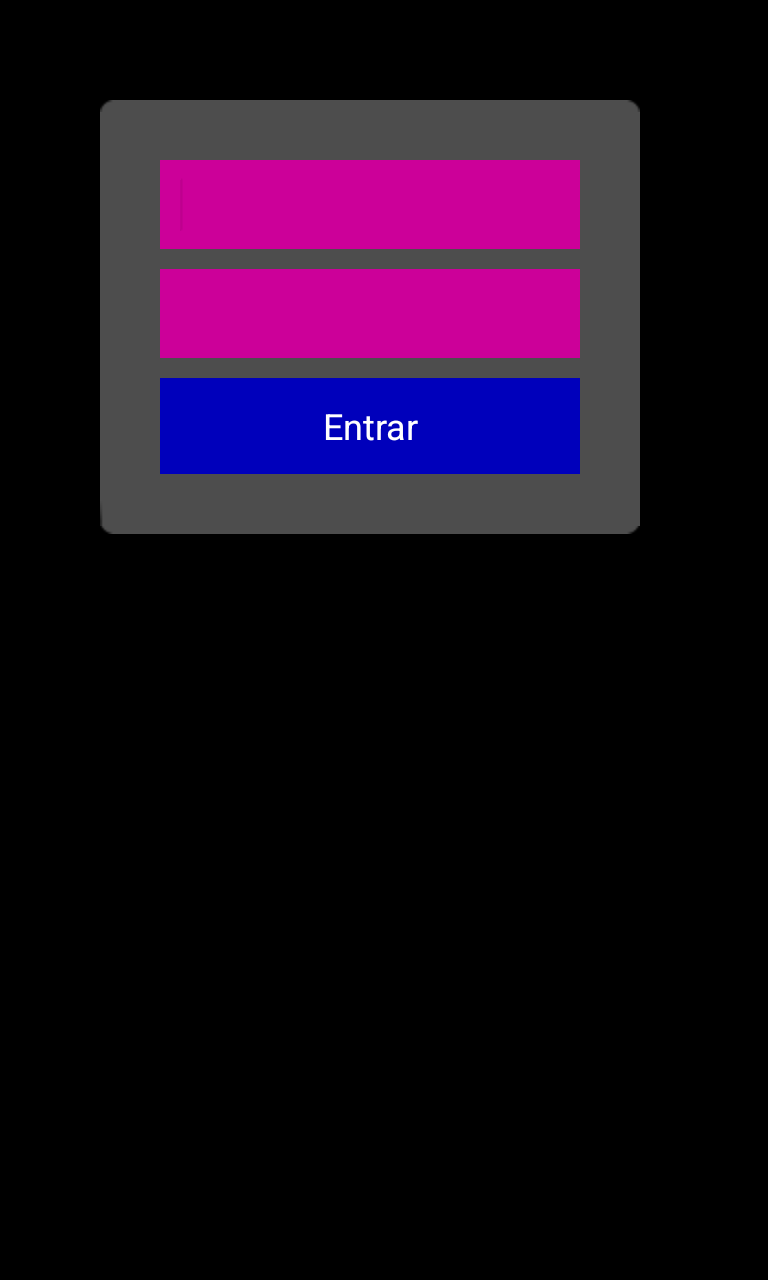
Repository: christianchi/di
Layout: 09 Drawable/UsoDrawNinePatch/res/layout/activity_main.xml
These files come from the project's save history. The layout is drawn as it stood at one moment and after the next save; the edit follows.
It is drawn on a 768 x 1280 px phone screen (xhdpi) without system bars, with theme AppTheme; the app's code is not run.

Above is the layout before, as saved 2014-01-16 08:54:49.

After the next save:
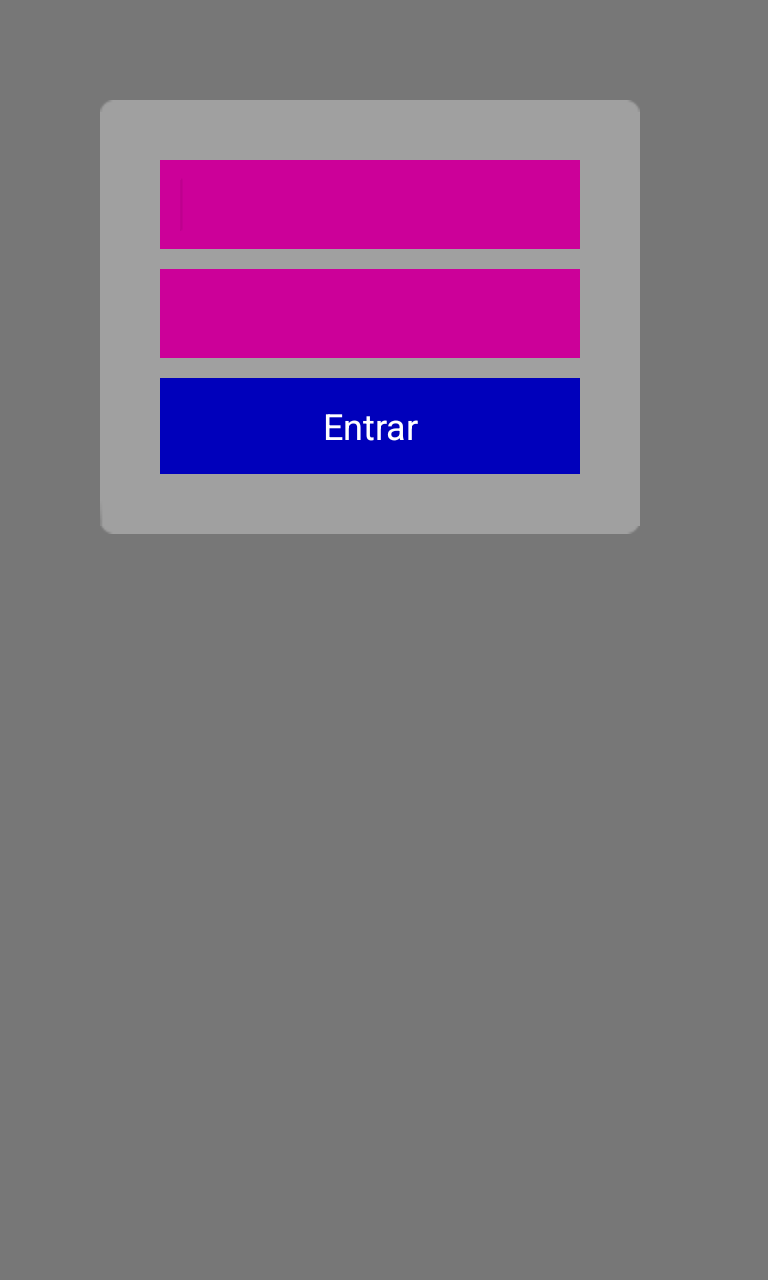
Saved 21 s later.
--- a/09 Drawable/UsoDrawNinePatch/res/layout/activity_main.xml
+++ b/09 Drawable/UsoDrawNinePatch/res/layout/activity_main.xml
@@ -1,7 +1,7 @@
 <RelativeLayout xmlns:android="http://schemas.android.com/apk/res/android"
     android:layout_width="fill_parent"
     android:layout_height="fill_parent"
-    android:background="#000"
+    android:background="#777"
     android:orientation="vertical"
     android:padding="50dp" >
 
